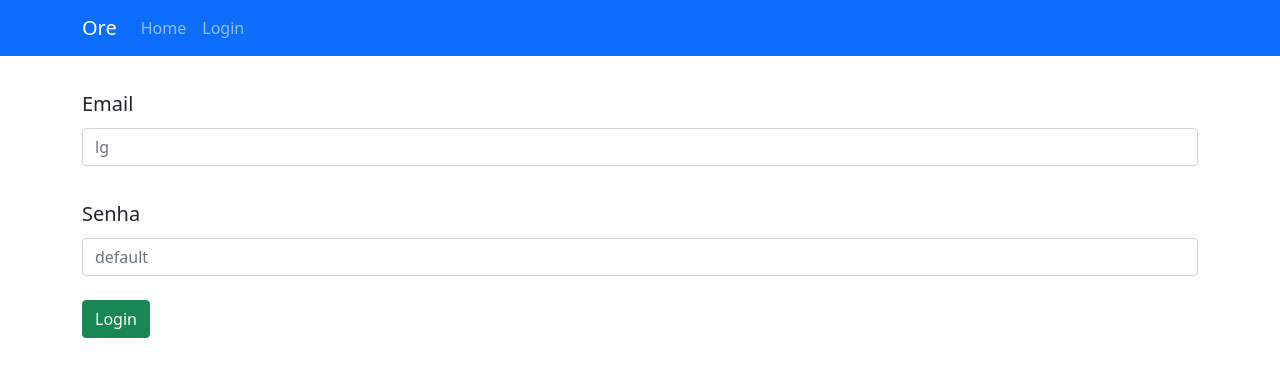
Repository: thf4/React-Front
Page: /login
These files come from the project's save history. The page is drawn as it stood at one moment and after the next save; the edit follows.
The browser window is 1280 px wide. The pictures show the whole page.
The project was rebuilt for these pictures with package versions that can differ from the ones it lists, and the page was loaded fresh each time. Also part of the build but not shown: src/config/index.js, src/pages/Home/index.js, src/pages/Vizualizar/index.js, src/config/cadastrar.js, src/pages/Cadastrar/index.js, src/pages/Editar/index.js, src/pages/HomePage/index.js.

Above is the page before, as saved 2021-05-07 16:37:26.

### src/App.js
import React from "react";
import { BrowserRouter as Router, Switch, Route } from "react-router-dom";
import { Home } from "./pages/Home/";
import { View } from "./pages/Vizualizar/";
import { Cadastrar } from "./pages/Cadastrar/";
import { Editar } from "./pages/Editar/";
import { Menu } from "./components/Menu";
import { Homepage	 } from "./pages/HomePage/index"
import { Login } from "./pages/Login"
import 'bootstrap/dist/css/bootstrap.min.css';
function App() {
  return (
    <div>
      <Menu />
      <Router>
        <Switch>
          <Route exact path="/" component={Homepage} />
          <Route path="/listar" component={Home} />
          <Route path="/login" component={Login} />
          <Route path="/view" component={View} />
          <Route path="/cadastrar" component={Cadastrar} />
          <Route path="/editar" component={Editar} />
        </Switch>
      </Router>
    </div>
  );
}

export default App;

### src/components/Menu.js
import React, { useState } from "react";
import {
  Collapse,
  Navbar,
  NavbarToggler,
  NavbarBrand,
  Nav,
  NavItem,
  NavLink,
  Container,
} from "reactstrap";
export const Menu = (props) => {
  const [isOpen, setIsOpen] = useState(false);
  const toggle = () => setIsOpen(!isOpen);

  return (
    <div>
      <Navbar color="primary" dark expand="md">
        <Container>
        <NavbarBrand href="/">Ore</NavbarBrand>
        <NavbarToggler onClick={toggle} />
        <Collapse isOpen={isOpen} navbar>
          <Nav className="mr-auto" navbar>
            <NavItem>
              <NavLink href="/">Home</NavLink>
            </NavItem>
            <NavItem>
              <NavLink href="/login">Login</NavLink>
            </NavItem>
          </Nav>
        </Collapse>
        </Container>
      </Navbar>
    </div>
  );
};

### src/pages/Login/index.js
import React from "react";
import {
  Button,
  Col,
  Form,
  FormGroup,
  Label,
  Input,
  Container,
} from "reactstrap";
export const Login = (props) => {
  return (
    <Container>
      <Form>
        <Col>
          <FormGroup className="mt-4 sm-4">
            <Label for="email" size="lg">
              Email
            </Label>
            <Input type="email" name="email" id="email" placeholder="lg" />
          </FormGroup>
          <FormGroup  className="mt-4">
            <Label for="paswword " size="lg">
              Senha
            </Label>
            <Input
              type="password"
              name="password"
              id="password"
              placeholder="default"
            className="sm-2"/>
          </FormGroup>
          <Button className="btn btn-success mt-4"> Login </Button>
        </Col>
      </Form>
    </Container>
  );
};

Loaded but not shown: public/index.html (common file); src/index.js (common file); src/index.css (common file); src/reportWebVitals.js (common file)

After the next save:
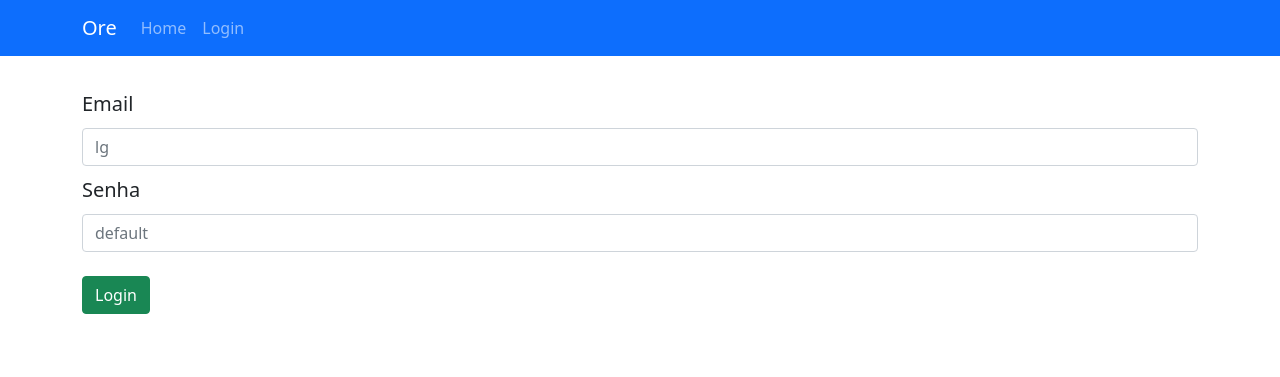
Saved 19 s later.
--- a/src/pages/Login/index.js
+++ b/src/pages/Login/index.js
@@ -19,7 +19,7 @@ export const Login = (props) => {
             </Label>
             <Input type="email" name="email" id="email" placeholder="lg" />
           </FormGroup>
-          <FormGroup  className="mt-4">
+          <FormGroup >
             <Label for="paswword " size="lg">
               Senha
             </Label>
